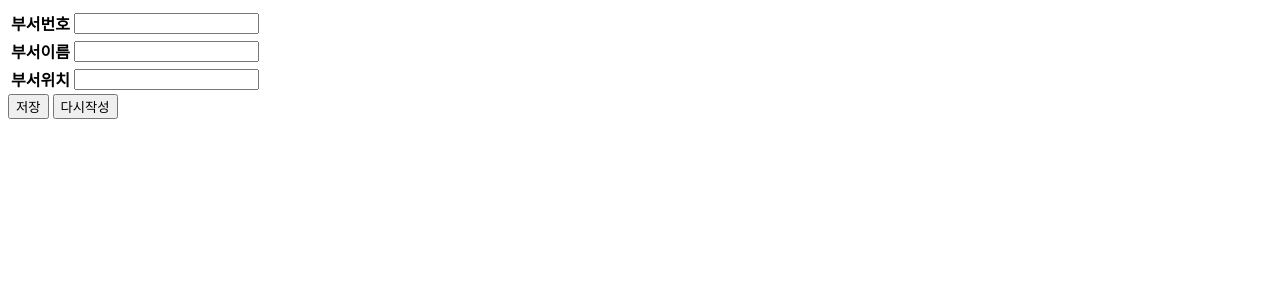
Repository: matodale/Study_SpringBoot
Page: http://localhost/testProject01/dept/deptWrite.jsp
An editor plug-in stored every save of this project. The page is shown before and after the next save, followed by the edit.
The browser window is 1280 px wide. The pictures show the whole page.
The page is served by Tomcat 9. Nobody is signed in. The application's start-up code is not run.

Above is the page before, as saved 2023-01-05 04:28:20.

After the next save:
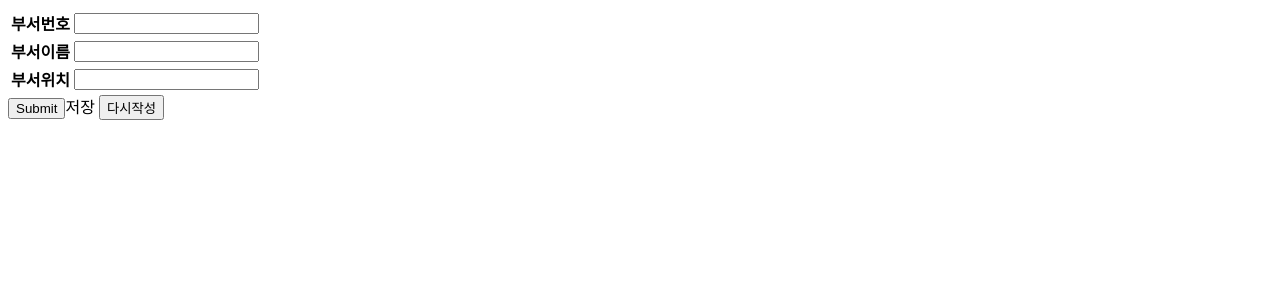
Saved 4 min 28 s later.
--- a/testProject01/src/main/webapp/dept/deptWrite.jsp
+++ b/testProject01/src/main/webapp/dept/deptWrite.jsp
@@ -23,7 +23,7 @@
 				<td><input type="text" name="Loc"></td>
 			</tr>
 		</table>
-		<button type="submit">저장</button>
+		<input type="submit">저장
 		<input type="reset" value="다시작성">
 	</form>
 </body>

After the save that followed:
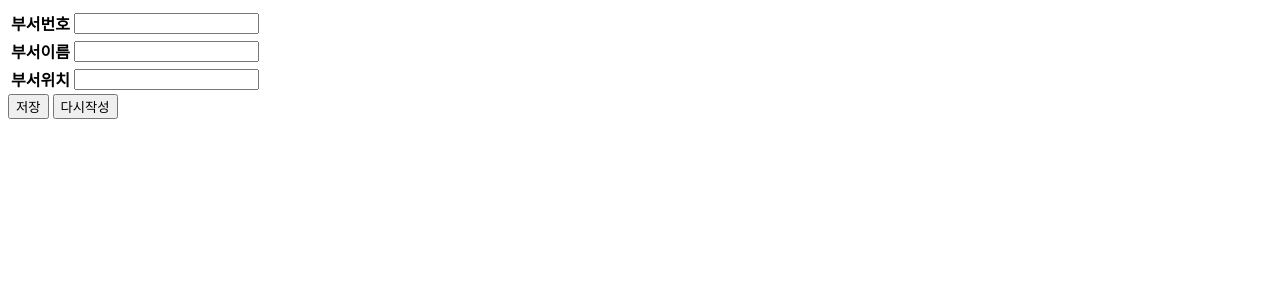
Saved 10 s later.
--- a/testProject01/src/main/webapp/dept/deptWrite.jsp
+++ b/testProject01/src/main/webapp/dept/deptWrite.jsp
@@ -23,7 +23,7 @@
 				<td><input type="text" name="Loc"></td>
 			</tr>
 		</table>
-		<input type="submit">저장
+		<input type="submit" value="저장">
 		<input type="reset" value="다시작성">
 	</form>
 </body>
